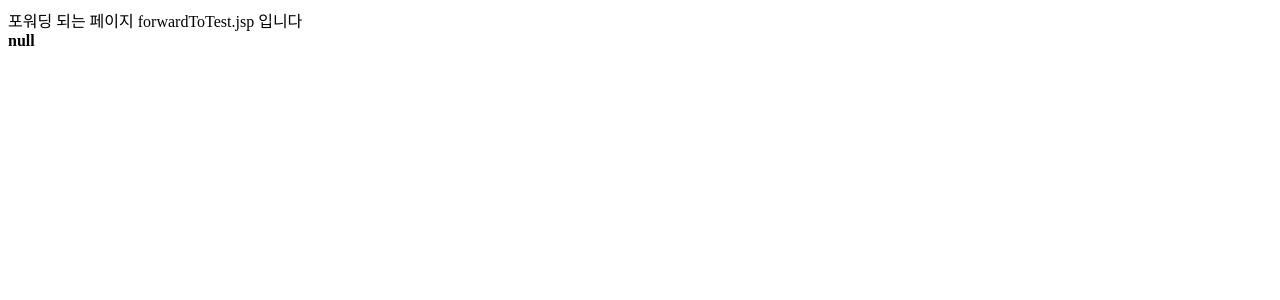
Repository: ceooyh/JSP
Page: http://localhost/step02/forwardToTest.jsp
An editor plug-in stored every save of this project. The page is shown before and after the next save, followed by the edit.
The browser window is 1280 px wide. The pictures show the whole page.
The page is served by Tomcat 9.

Above is the page before, as saved 2020-12-29 06:48:42.

After the next save:
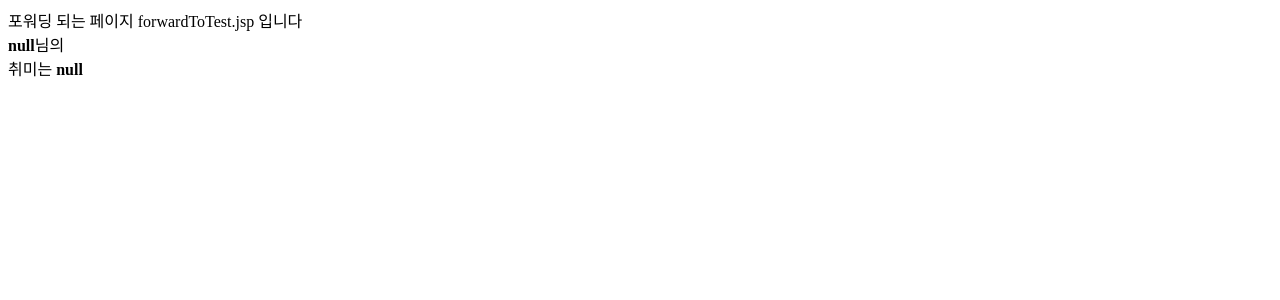
Saved 23 s later.
--- a/step02/WebContent/forwardToTest.jsp
+++ b/step02/WebContent/forwardToTest.jsp
@@ -6,4 +6,5 @@
 %>
 
 포워딩 되는 페이지 forwardToTest.jsp 입니다 <br>
-<b><%=id %> </b>
+<b><%=id %></b>님의 <br>
+취미는 <b><%=hobby %></b>
